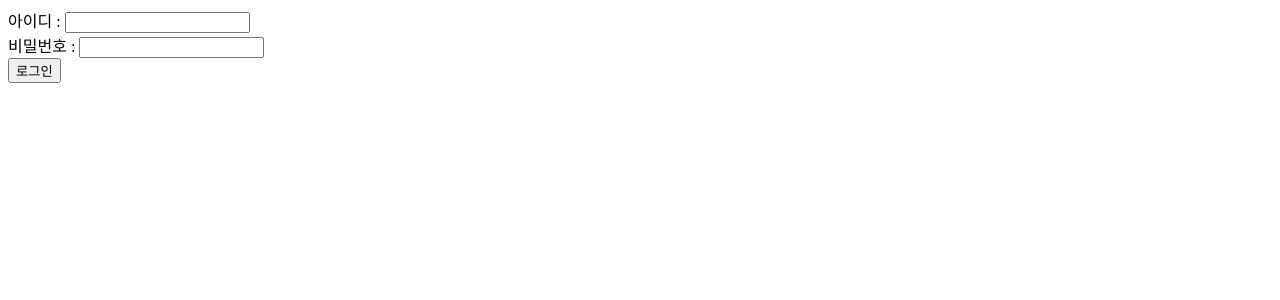
Repository: YooMyeongSeon/JSP_Servlet_Study
Page: web01/WebContent/Quiz_02.html
These files come from the project's save history. The page is drawn as it stood at one moment and after the next save; the edit follows.
The browser window is 1280 px wide. The pictures show the whole page.

Above is the page before, as saved 2022-06-09 07:31:47.

After the next save:
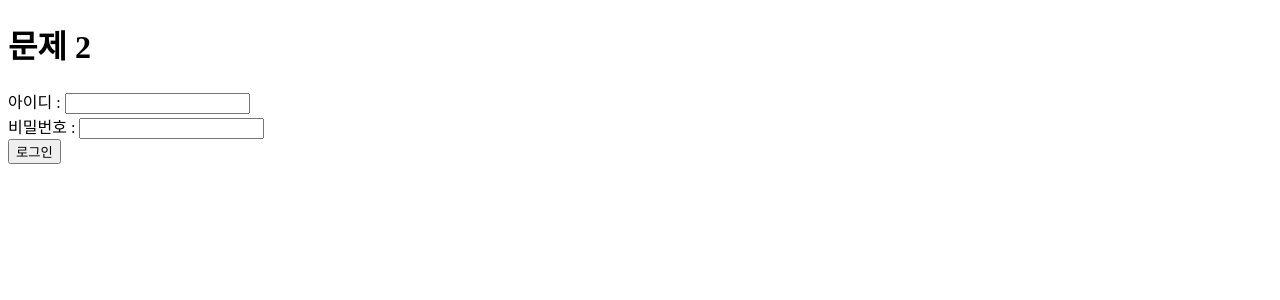
Saved 23 s later.
--- a/web01/WebContent/Quiz_02.html
+++ b/web01/WebContent/Quiz_02.html
@@ -5,6 +5,7 @@
 <title>Insert title here</title>
 </head>
 <body>
+	<h1>문제 2</h1>
 	<form action="Quiz_02" method="get">
 		<label for="u_id">아이디 : </label>
 		<input type="text" id="u_id" name="u_id"><br>
